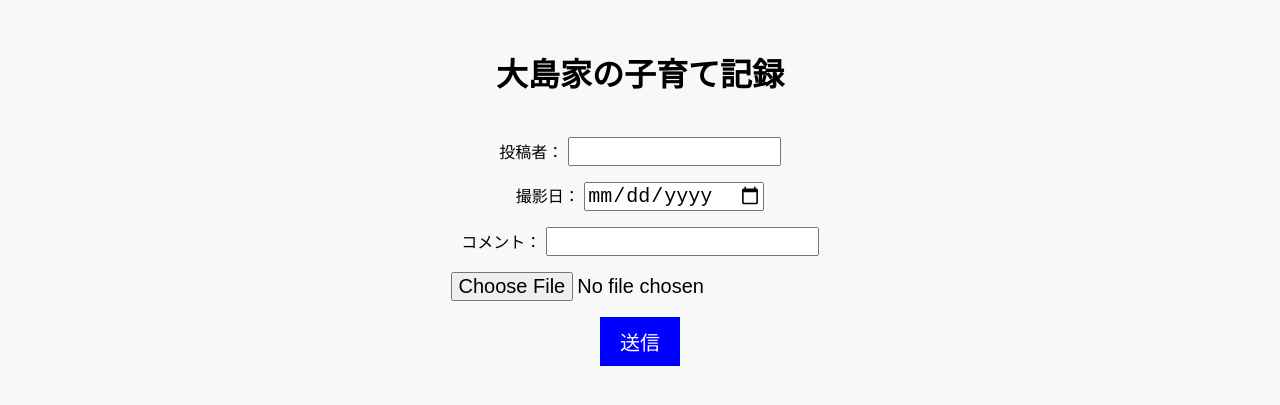
Repository: daidai0602/gs_kadai_questionnaire
Page: http://localhost/post.php
These files come from the project's save history. The page is drawn as it stood at one moment and after the next save; the edit follows.
The browser window is 1280 px wide. The pictures show the whole page.
The page is run by PHP 8.4 with error messages shown; the project is at /var/www/html/.

Above is the page before, as saved 2023-11-15 22:46:10.

After the next save:
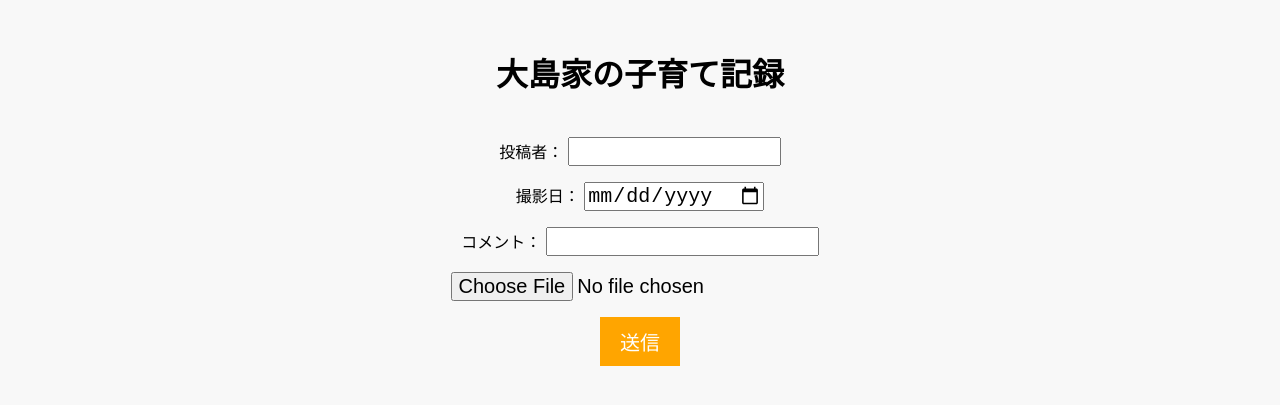
Saved 13 s later.
--- a/post.php
+++ b/post.php
@@ -18,7 +18,7 @@
       font-size: 20px;
     }
     input[type=submit]{
-      background-color: blue;
+      background-color: orange;
       color: white;
       padding: 10px 20px;
       border: none;
